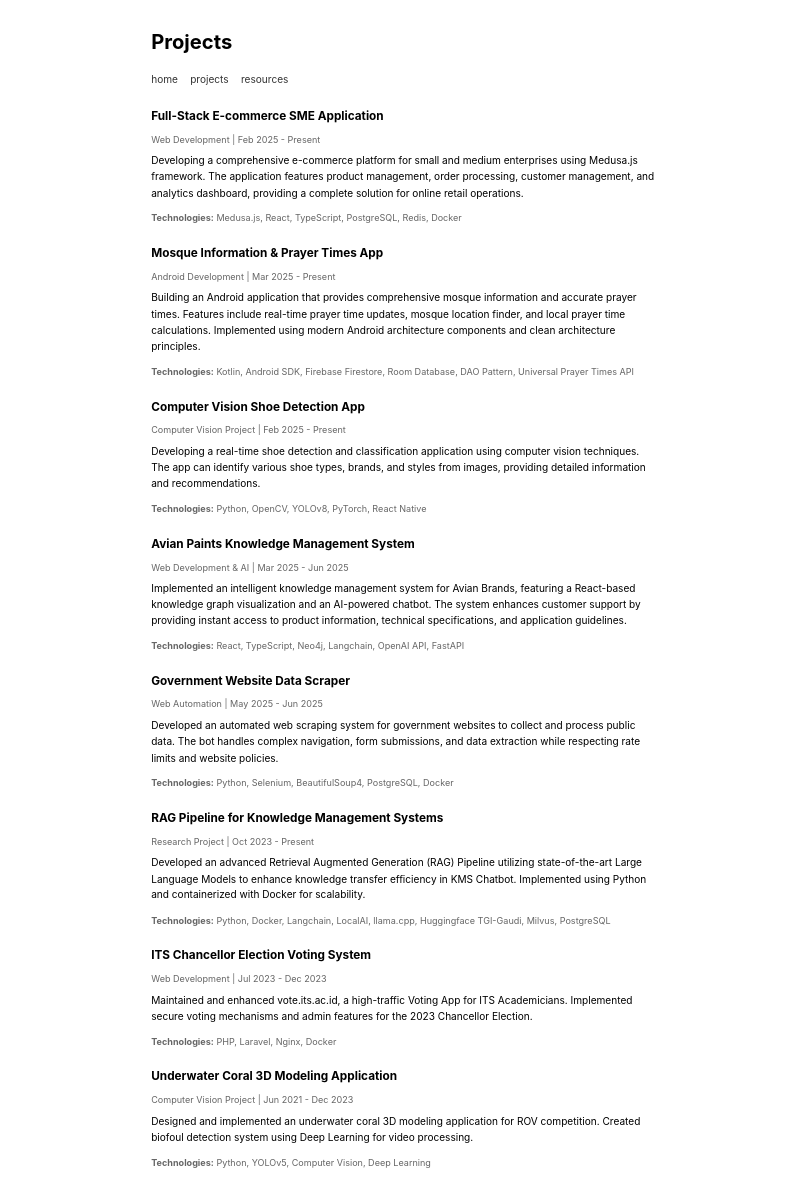
Repository: fadhilrp/fadhilrp.github.io
Page: pages/projects.html
The author's editor kept a copy of each file at every save. The page is drawn from the files as they stood at one save, then again after the next save.
The browser window is 1280 px wide. The pictures show the whole page, at 63% of full size.

Above is the page before, as saved 2025-05-20 15:25:00.

### pages/projects.html
<!DOCTYPE html>
<html lang="en">
    <head>
        <meta charset="utf-8" />
        <meta name="viewport" content="width=device-width, initial-scale=1.0"/>
        <title>Projects - Moh. Fadhil Rasyidin Parinduri</title>
        <style>
            body {
                font-family: -apple-system, BlinkMacSystemFont, 'Segoe UI', Roboto, sans-serif;
                line-height: 1.6;
                max-width: 800px;
                margin: 0 auto;
                padding: 20px;
            }
            nav {
                margin: 20px 0;
            }
            nav a {
                margin-right: 15px;
                text-decoration: none;
                color: #333;
            }
            .section {
                margin: 30px 0;
            }
            .project {
                margin-bottom: 30px;
            }
            .project h3 {
                margin-bottom: 10px;
            }
            .project-meta {
                color: #666;
                font-size: 0.9em;
                margin-bottom: 10px;
            }
            .project-description {
                margin-bottom: 15px;
            }
            .tech-stack {
                font-size: 0.9em;
                color: #666;
            }
        </style>
    </head>
    <body>
        <h1>Projects</h1>

        <nav>
            <a href="../index.html">home</a>
            <a href="projects.html">projects</a>
            <a href="resources.html">resources</a>
        </nav>

        <div class="section">
            <div class="project">
                <h3>Full-Stack E-commerce SME Application</h3>
                <div class="project-meta">Web Development | Feb 2025 - Present</div>
                <div class="project-description">
                    Developing a comprehensive e-commerce platform for small and medium enterprises using Medusa.js framework. The application features product management, order processing, customer management, and analytics dashboard, providing a complete solution for online retail operations.
                </div>
                <div class="tech-stack">
                    <strong>Technologies:</strong> Medusa.js, React, TypeScript, PostgreSQL, Redis, Docker
                </div>
            </div>

            <div class="project">
                <h3>Mosque Information & Prayer Times App</h3>
                <div class="project-meta">Android Development | Mar 2025 - Present</div>
                <div class="project-description">
                    Building an Android application that provides comprehensive mosque information and accurate prayer times. Features include real-time prayer time updates, mosque location finder, and local prayer time calculations. Implemented using modern Android architecture components and clean architecture principles.
                </div>
                <div class="tech-stack">
                    <strong>Technologies:</strong> Kotlin, Android SDK, Firebase Firestore, Room Database, DAO Pattern, Universal Prayer Times API
                </div>
            </div>

            <div class="project">
                <h3>Computer Vision Shoe Detection App</h3>
                <div class="project-meta">Computer Vision Project | Feb 2025 - Present</div>
                <div class="project-description">
                    Developing a real-time shoe detection and classification application using computer vision techniques. The app can identify various shoe types, brands, and styles from images, providing detailed information and recommendations.
                </div>
                <div class="tech-stack">
                    <strong>Technologies:</strong> Python, OpenCV, YOLOv8, PyTorch, React Native
                </div>
            </div>

            <div class="project">
                <h3>Avian Paints Knowledge Management System</h3>
                <div class="project-meta">Web Development & AI | Mar 2025 - Jun 2025</div>
                <div class="project-description">
                    Implemented an intelligent knowledge management system for Avian Brands, featuring a React-based knowledge graph visualization and an AI-powered chatbot. The system enhances customer support by providing instant access to product information, technical specifications, and application guidelines.
                </div>
                <div class="tech-stack">
                    <strong>Technologies:</strong> React, TypeScript, Neo4j, Langchain, OpenAI API, FastAPI
                </div>
            </div>

            <div class="project">
                <h3>Government Website Data Scraper</h3>
                <div class="project-meta">Web Automation | May 2025 - Jun 2025</div>
                <div class="project-description">
                    Developed an automated web scraping system for government websites to collect and process public data. The bot handles complex navigation, form submissions, and data extraction while respecting rate limits and website policies.
                </div>
                <div class="tech-stack">
                    <strong>Technologies:</strong> Python, Selenium, BeautifulSoup4, PostgreSQL, Docker
                </div>
            </div>

            <div class="project">
                <h3>RAG Pipeline for Knowledge Management Systems</h3>
                <div class="project-meta">Research Project | Oct 2023 - Present</div>
                <div class="project-description">
                    Developed an advanced Retrieval Augmented Generation (RAG) Pipeline utilizing state-of-the-art Large Language Models to enhance knowledge transfer efficiency in KMS Chatbot. Implemented using Python and containerized with Docker for scalability.
                </div>
                <div class="tech-stack">
                    <strong>Technologies:</strong> Python, Docker, Langchain, LocalAI, llama.cpp, Huggingface TGI-Gaudi, Milvus, PostgreSQL
                </div>
            </div>

            <div class="project">
                <h3>ITS Chancellor Election Voting System</h3>
                <div class="project-meta">Web Development | Jul 2023 - Dec 2023</div>
                <div class="project-description">
                    Maintained and enhanced vote.its.ac.id, a high-traffic Voting App for ITS Academicians. Implemented secure voting mechanisms and admin features for the 2023 Chancellor Election.
                </div>
                <div class="tech-stack">
                    <strong>Technologies:</strong> PHP, Laravel, Nginx, Docker
                </div>
            </div>

            <div class="project">
                <h3>Underwater Coral 3D Modeling Application</h3>
                <div class="project-meta">Computer Vision Project | Jun 2021 - Dec 2023</div>
                <div class="project-description">
                    Designed and implemented an underwater coral 3D modeling application for ROV competition. Created biofoul detection system using Deep Learning for video processing.
                </div>
                <div class="tech-stack">
                    <strong>Technologies:</strong> Python, YOLOv5, Computer Vision, Deep Learning
                </div>
            </div>
        </div>
    </body>
</html>

After the next save:
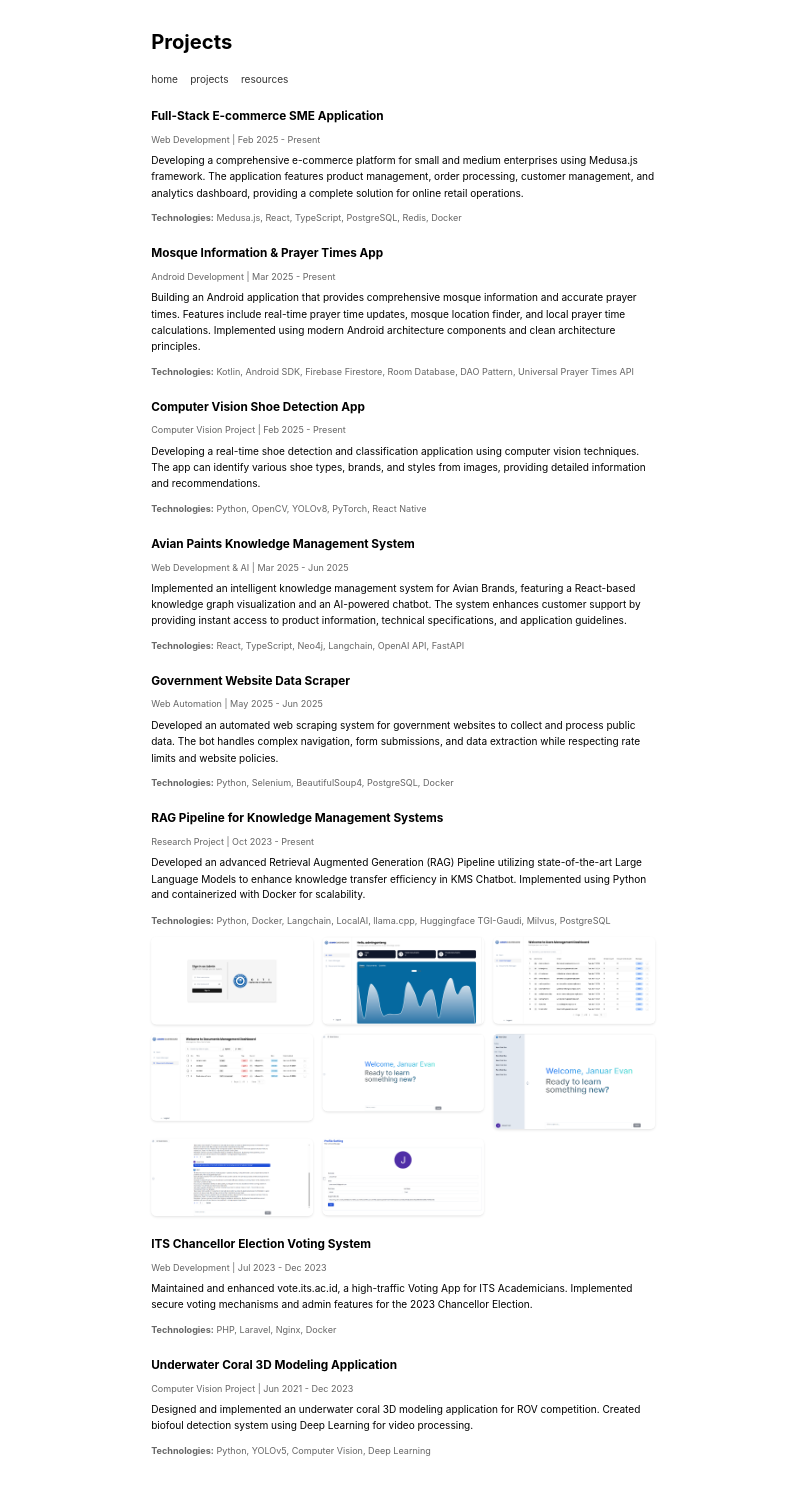
Saved 3 h 17 min later.
--- a/pages/projects.html
+++ b/pages/projects.html
@@ -40,6 +40,18 @@
             .tech-stack {
                 font-size: 0.9em;
                 color: #666;
+            }
+            .project-gallery {
+                display: grid;
+                grid-template-columns: repeat(auto-fit, minmax(250px, 1fr));
+                gap: 15px;
+                margin-top: 15px;
+            }
+            .project-gallery img {
+                width: 100%;
+                height: auto;
+                border-radius: 8px;
+                box-shadow: 0 2px 4px rgba(0,0,0,0.1);
             }
         </style>
     </head>
@@ -117,6 +129,16 @@
                 <div class="tech-stack">
                     <strong>Technologies:</strong> Python, Docker, Langchain, LocalAI, llama.cpp, Huggingface TGI-Gaudi, Milvus, PostgreSQL
                 </div>
+                <div class="project-gallery">
+                    <img src="../img/Screenshot from 2025-05-20 18-38-09.png" alt="RAG Pipeline Screenshot 1">
+                    <img src="../img/Screenshot from 2025-05-20 18-38-13.png" alt="RAG Pipeline Screenshot 2">
+                    <img src="../img/Screenshot from 2025-05-20 18-38-23.png" alt="RAG Pipeline Screenshot 3">
+                    <img src="../img/Screenshot from 2025-05-20 18-38-30.png" alt="RAG Pipeline Screenshot 4">
+                    <img src="../img/Screenshot from 2025-05-20 18-38-37.png" alt="RAG Pipeline Screenshot 5">
+                    <img src="../img/Screenshot from 2025-05-20 18-38-46.png" alt="RAG Pipeline Screenshot 6">
+                    <img src="../img/Screenshot from 2025-05-20 18-38-55.png" alt="RAG Pipeline Screenshot 7">
+                    <img src="../img/Screenshot from 2025-05-20 18-39-18.png" alt="RAG Pipeline Screenshot 8">
+                </div>
             </div>
 
             <div class="project">
